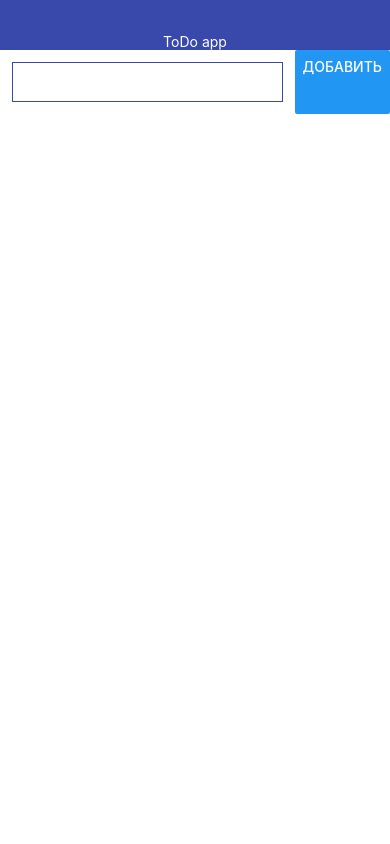
Repository: saint-fons/React-Native-Expo-TypeScript-Hooks
Screen: /
An editor plug-in stored every save of this project. The screen is shown before and after the next save, followed by the edit.
The app was drawn by React Native's web renderer in a window 390 px wide. The project was rebuilt for these pictures with package versions that can differ from the ones it lists, and the page was loaded fresh each time.

Above is the screen before, as saved 2021-07-26 18:04:39.

After the next save:
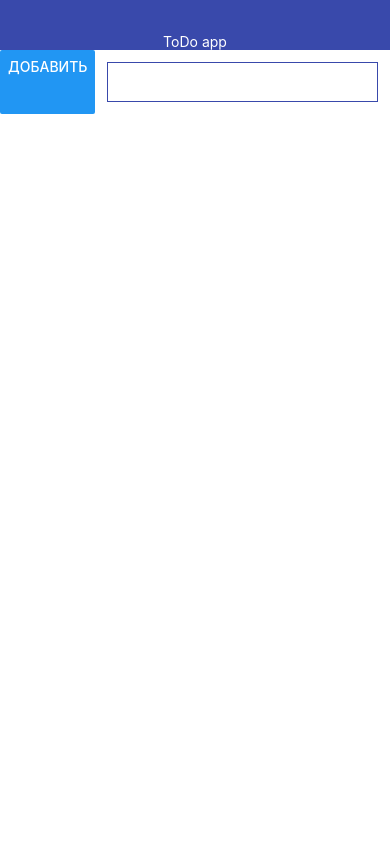
Saved 89 s later.
--- a/components/AddTodo.tsx
+++ b/components/AddTodo.tsx
@@ -18,7 +18,7 @@ const AddTodo: FC<any> = ({ }) => {
 
 const styles = StyleSheet.create({
     block: {
-        flexDirection: 'row-reverse',
+        flexDirection: 'row',
         justifyContent: 'space-between',
     },
     input: {

After the save that followed:
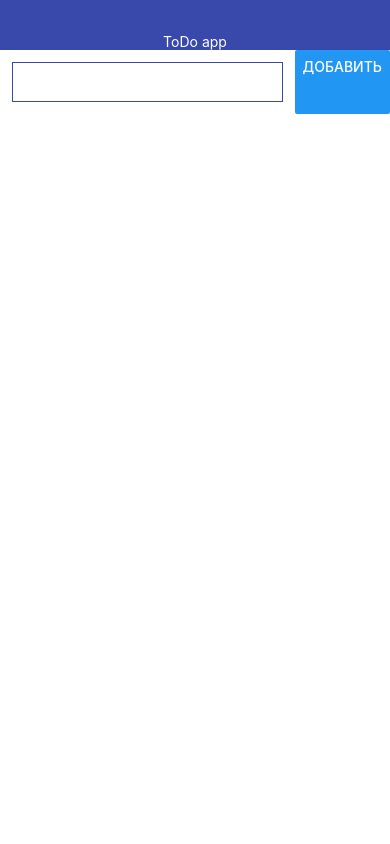
Saved 11 s later.
--- a/components/AddTodo.tsx
+++ b/components/AddTodo.tsx
@@ -5,12 +5,12 @@ import { View, StyleSheet, Alert, TextInput, Button } from 'react-native';
 const AddTodo: FC<any> = ({ }) => {
     return (
         <View style={styles.block}>
+            <TextInput
+                style={styles.input}
+            />
             <Button
                 title='Добавить'
                 onPress={() => Alert.alert('Simple Button pressed')}
-            />
-            <TextInput
-                style={styles.input}
             />
         </View>
     )
